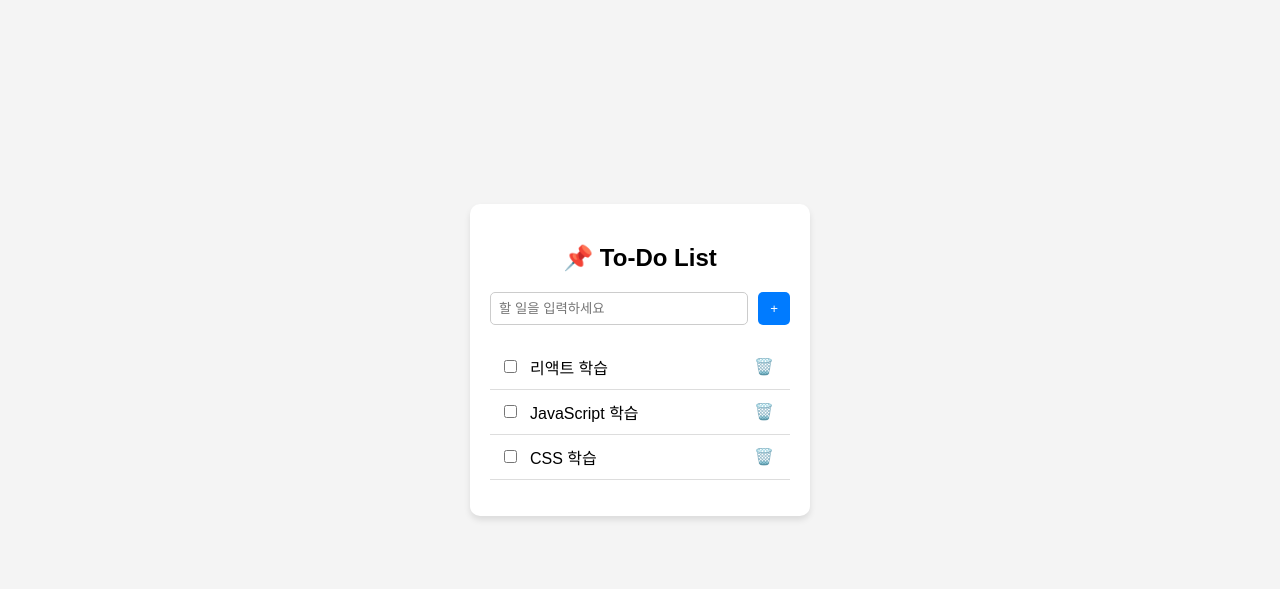
Repository: jongheonleee/todo-list
Page: /
An editor plug-in stored every save of this project. The page is shown before and after the next save, followed by the edit.
The browser window is 1280 px wide. The pictures show the whole page.
The project was rebuilt for these pictures with package versions that can differ from the ones it lists, and the page was loaded fresh each time.

Above is the page before, as saved 2025-02-19 15:36:22.

### src/App.js

import React from "react";
import { useState } from "react";
import "./App.css";
import InputForm from "./components/InputForm";
import ToDoList from "./components/ToDoList";


const App = () => {
  // 해당 컴포넌트에서 관리해야할 필드값 정의

  // 기본적으로 보여줄 리스트
  const [id, setId] = useState(-1); // 특정 아잉템에 해당하는 id
  const [items, setItems] = useState([{ id : 1, text : "리액트 학습", done : false},
                                      { id : 2, text : "JavaScript 학습", done : false},
                                      { id : 3, text : "CSS 학습", done : false}]); // 기본적으로 보여줄 items


  // 해당 컴포넌트에서 관리하는 필드값을 핸들링하는 함수 정의
  const handleDelete = (id) => {
    // 삭제 버튼 누르면 해당 아이템을 삭제함

    // - 사용자가 누른 아이템의 id가 현재 배열에 있는지 확인
    // - 해당 id에 대응되는 아이템이 있으면 해당 아이템을 제거한다
    const newItems = items.filter(item => item.id !== id);
    console.log(newItems);

    // - items를 업데이트한다
    setItems(newItems);

    // - id를 초기화한다.
    setId(-1);

  };

  const handleAdd = () => {
    // 입력 폼을 입력하고 추가 버튼을 누르면 새로운 아이템을 등록함
  };

  const handleEdit = () => {
    // 수정 버튼을 누르면 해당 아이템의 필드값을 수정함

  };

  const handleAlert = () => {
    // 클라이언트에게 창을 띄워서 알림을 통지함

  };

  const clearItems = () => {
    // 모든 아이템을 지움

  }

  // 렌더링할 페이지 형태
  return (
    <div className="container">
      <div className="sub-container">
        <h2>📌 To-Do List</h2>


        {/* 입력 부분  */}
        <InputForm

        />

        {/* todo-list 부분 */}
        <ToDoList
          items={items}
          handleDelete={handleDelete}
        />

      </div>
    </div>
  );
}

export default App;

### src/App.css
/* styles.css */
.container {
  font-family: Arial, sans-serif;
  background-color: #f4f4f4;
  display: flex;
  justify-content: center;
  align-items: center;
  height: 100vh;
  margin: 0;
}

.sub-container {
  background: white;
  padding: 20px;
  border-radius: 10px;
  box-shadow: 0 4px 6px rgba(0, 0, 0, 0.1);
  width: 300px;
}

h2 {
  text-align: center;
  margin-bottom: 20px;
}

.input-area {
  display: flex;
  gap: 10px;
}

input[type="text"] {
  flex: 1;
  padding: 8px;
  border: 1px solid #ccc;
  border-radius: 5px;
}

.add-btn {
  background: #007bff;
  color: white;
  border: none;
  padding: 8px 12px;
  cursor: pointer;
  border-radius: 5px;
}

.add-btn:hover {
  background: #0056b3;
}

.todo-list {
  list-style: none;
  padding: 0;
  margin-top: 20px;
}

.todo-list li {
  display: flex;
  justify-content: space-between;
  align-items: center;
  padding: 10px;
  border-bottom: 1px solid #ddd;
}

.todo-item {
  display: flex;
  align-items: center;
  gap: 10px;
}

.delete-btn {
  background: none;
  border: none;
  color: red;
  cursor: pointer;
  font-size: 16px;
}

.delete-btn:hover {
  color: darkred;
}

### src/components/InputForm.js
import React from "react";
import "./InputForm.css";

const InputForm = () => {
    return (
        <div className="input-area">
            <input type="text" placeholder="할 일을 입력하세요" />
            <button className="add-btn">+</button>
        </div>
    );
}

export default InputForm;

### src/components/ToDoList.js
import React from "react";
import ToDoItem from "./ToDoItem";
import "./ToDoList.css"

const ToDoList = ({ items, handleDelete }) => {
    return (
        <ul className="todo-list">
            {
                items.map(item => {
                    return (
                        <ToDoItem
                            id={item.id}
                            text={item.text}
                            done={item.done}
                            handleDelete={handleDelete}
                        />
                    )
                })
            }
            {/* <li>
                <div className="todo-item">
                    <input type="checkbox" />
                    <span>리액트 학습</span>
                </div>
                <button className="delete-btn">🗑️</button>
            </li> */}
          {/* <li>
            <div className="todo-item">
              <input type="checkbox" />
              <span>JavaScript 학습</span>
            </div>
            <button className="delete-btn">🗑️</button>
          </li>
          <li>
            <div className="todo-item">
              <input type="checkbox" />
              <span>CSS 학습</span>
            </div>
            <button className="delete-btn">🗑️</button>
          </li> */}
        </ul>
    )
}

export default ToDoList;

### src/components/InputForm.css
.input-area {
    display: flex;
    gap: 10px;
}

input[type="text"] {
    flex: 1;
    padding: 8px;
    border: 1px solid #ccc;
    border-radius: 5px;
}

.add-btn {
    background: #007bff;
    color: white;
    border: none;
    padding: 8px 12px;
    cursor: pointer;
    border-radius: 5px;
}

.add-btn:hover {
    background: #0056b3;
}

### src/components/ToDoItem.js
import React from "react";
import "./ToDoItem.css"

// item은 3가지 필드를 지님
// - id, text, done
const ToDoItem = ({ id, text, done, handleDelete }) => {
    return (
        <li>
            <div
                id={id}
                className="todo-item"
            >
                <input type="checkbox" />
                <span>{done ? <del>text</del> : text}</span>
            </div>
            <button className="delete-btn" onClick={() => handleDelete(id)}>🗑️</button>
        </li>
    )
}

export default ToDoItem;

### src/components/ToDoList.css
.todo-list {
    list-style: none;
    padding: 0;
    margin-top: 20px;
}

.todo-item li {
    display: flex;
    justify-content: space-between;
    align-items: center;
    padding: 10px;
    border-bottom: 1px solid #ddd;
}

.todo-item {
    display: flex;
    align-items: center;
    gap: 10px;
}

.delete-btn {
    background: none;
    border: none;
    color: red;
    cursor: pointer;
    font-size: 16px;
}

.delete-btn:hover {
    color: darkred;
}

### src/components/ToDoItem.css
.todo-item li {
    display: flex;
    justify-content: space-between;
    align-items: center;
    padding: 10px;
    border-bottom: 1px solid #ddd;
}

.todo-item {
    display: flex;
    align-items: center;
    gap: 10px;
}

.delete-btn {
    background: none;
    border: none;
    color: red;
    cursor: pointer;
    font-size: 16px;
}

.delete-btn:hover {
    color: darkred;
}

Loaded but not shown: public/index.html (common file); src/index.js (common file); src/index.css (common file); src/reportWebVitals.js (common file)

After the next save:
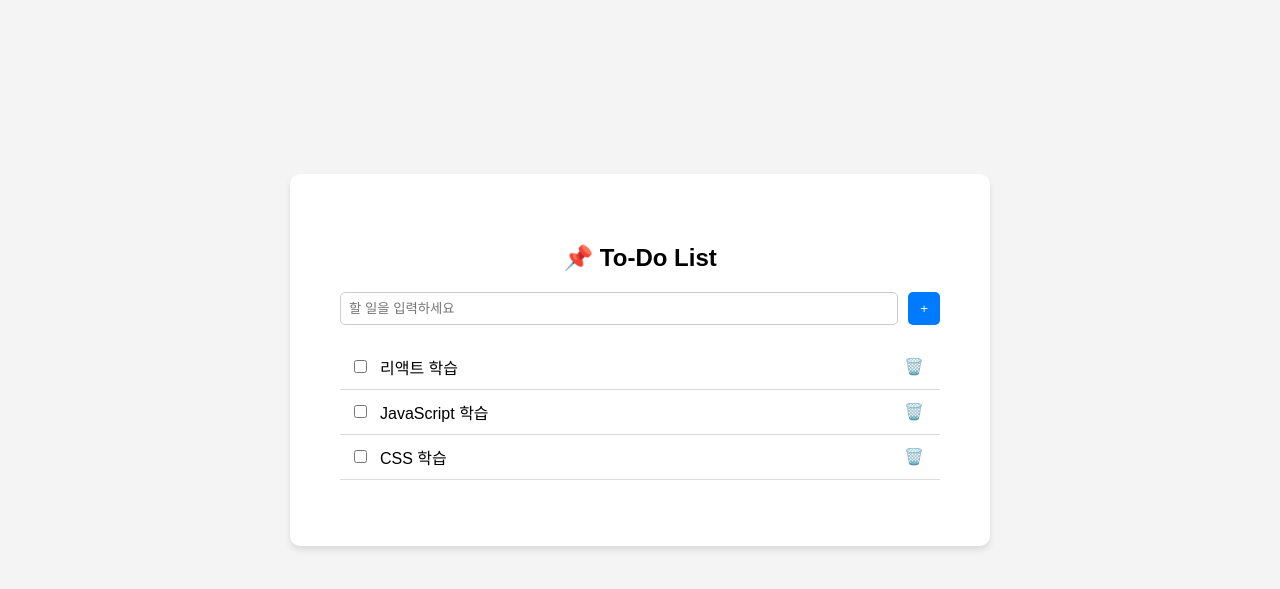
Saved 29 s later.
--- a/src/App.css
+++ b/src/App.css
@@ -11,10 +11,10 @@
 
 .sub-container {
   background: white;
-  padding: 20px;
+  padding: 50px;
   border-radius: 10px;
   box-shadow: 0 4px 6px rgba(0, 0, 0, 0.1);
-  width: 300px;
+  width: 600px;
 }
 
 h2 {
